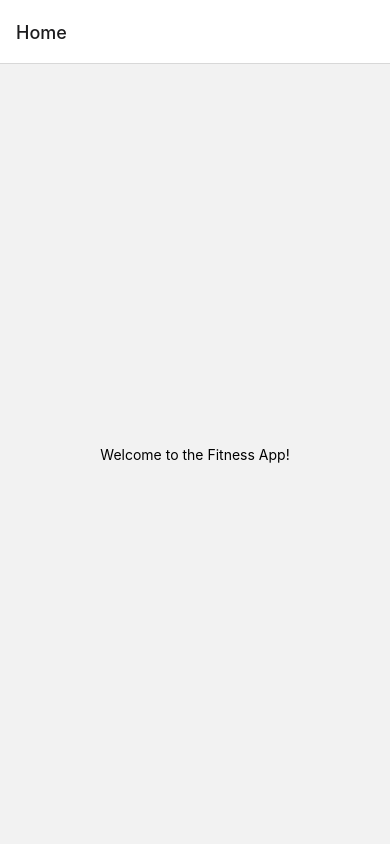
Repository: Pablolararoloff/TheFitnessApp
Screen: /
These files come from the project's save history. The screen is drawn as it stood at one moment and after a run of saves; the edit follows.
The app was drawn by React Native's web renderer in a window 390 px wide. The project was rebuilt for these pictures with package versions that can differ from the ones it lists, and the page was loaded fresh each time. Also part of the build but not shown: src/screens/LoginScreen.tsx. Imported but missing from the stored project, and not drawn on this page: src/assets/images/w.

Above is the screen before, as saved 2024-07-01 11:20:42.

### App.tsx
import React, { useEffect, useState } from 'react';
import { NavigationContainer } from '@react-navigation/native';
import { createStackNavigator } from '@react-navigation/stack';
import HomeScreen from './src/screens/HomeScreen';
import LoginScreen from './src/screens/LoginScreen';
import SplashScreen from './src/screens/SplashScreen';

const Stack = createStackNavigator();

const App = () => {
  const [isLoading, setIsLoading] = useState(true);

  useEffect(() => {
    const timer = setTimeout(() => {
      setIsLoading(false);
    }, 5000); // Display splash screen for 3 seconds

    return () => clearTimeout(timer);
  }, []);

  if (isLoading) {
    return <SplashScreen />;
  }

  return (
    <NavigationContainer>
      <Stack.Navigator initialRouteName="Home">
        <Stack.Screen name="Home" component={HomeScreen} />
        <Stack.Screen name="Login" component={LoginScreen} />
      </Stack.Navigator>
    </NavigationContainer>
  );
};

export default App;

### src/screens/HomeScreen.tsx
import React from 'react';
import { View, Text, StyleSheet } from 'react-native';

const HomeScreen = () => {
  return (
    <View style={styles.container}>
      <Text>Welcome to the Fitness App!</Text>
    </View>
  );
};

const styles = StyleSheet.create({
  container: {
    flex: 1,
    justifyContent: 'center',
    alignItems: 'center',
  },
});

export default HomeScreen;

### src/screens/SplashScreen.tsx
import React, { useEffect, useRef } from 'react';
import { View, Text, ImageBackground, StyleSheet, Animated, Easing } from 'react-native';

const SplashScreen = () => {
  const animations = useRef(
    Array.from({ length: 17 }).map(() => new Animated.Value(0))
  ).current;

  useEffect(() => {
    const createWaveAnimation = (animation, index) => {
      return Animated.loop(
        Animated.sequence([
          Animated.timing(animation, {
            toValue: 1,
            duration: 1300,
            delay: index * 100,
            easing: Easing.inOut(Easing.ease),
            useNativeDriver: true,
          }),
          Animated.timing(animation, {
            toValue: 0,
            duration: 1300,
            easing: Easing.inOut(Easing.ease),
            useNativeDriver: true,
          }),
        ])
      );
    };

    const waves = animations.map((animation, index) =>
      createWaveAnimation(animation, index)
    );

    waves.forEach(wave => wave.start());

    return () => waves.forEach(wave => wave.stop());
  }, [animations]);

  const text = "App is loading...";

  return (
    <View style={styles.container}>
      <ImageBackground source={require('../assets/images/logo.png')} style={styles.background} imageStyle={styles.backgroundImage}>
        <View style={styles.overlay}>
          <View style={styles.textContainer}>
            {text.split('').map((char, index) => (
              <Animated.Text
                key={index}
                style={[
                  styles.loadingText,
                  {
                    transform: [
                      {
                        scale: animations[index].interpolate({
                          inputRange: [0, 1],
                          outputRange: [1, 1.2], // Scale effect range
                        }),
                      },
                    ],
                  },
                ]}
              >
                {char}
              </Animated.Text>
            ))}
          </View>
        </View>
      </ImageBackground>
    </View>
  );
};

const styles = StyleSheet.create({
  container: {
    flex: 1,
    backgroundColor: 'rgba(0, 0, 0, 0.8)', // Add opacity effect here for the background
  },
  background: {
    flex: 1,
    justifyContent: 'center',
    alignItems: 'center',
    width: '100%',
    height: '100%',
  },
  backgroundImage: {
    opacity: 0.33, // Set opacity for the image
  },
  overlay: {
    flex: 1,
    justifyContent: 'center',
    alignItems: 'center',
  },
  textContainer: {
    flexDirection: 'row',
    padding: 10,
    borderRadius: 10,
  },
  loadingText: {
    fontSize: 24,
    color: '#fff',
  },
});

export default SplashScreen;

After the next 2 saves:
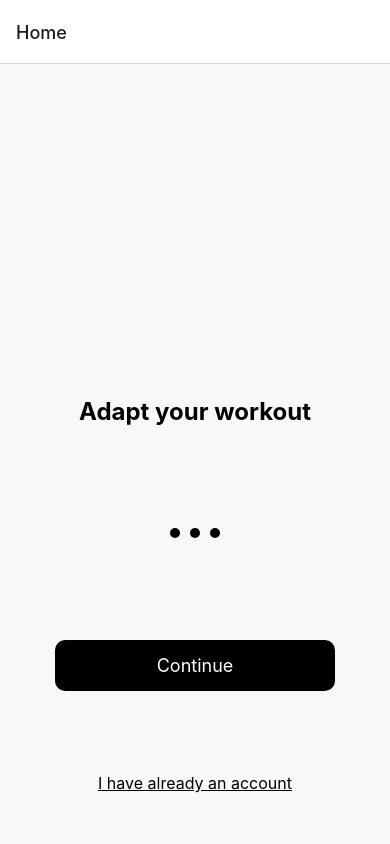
The 2 saves are shown as one change because 1 did not build or start.
The last was saved 5 min 25 s later.
--- a/src/screens/HomeScreen.tsx
+++ b/src/screens/HomeScreen.tsx
@@ -1,10 +1,22 @@
 import React from 'react';
-import { View, Text, StyleSheet } from 'react-native';
+import { View, Text, StyleSheet, Image, TouchableOpacity } from 'react-native';
 
 const HomeScreen = () => {
   return (
     <View style={styles.container}>
-      <Text>Welcome to the Fitness App!</Text>
+      <Image source={require('../assets/images/w')} style={styles.image} />
+      <Text style={styles.title}>Adapt your workout</Text>
+      <View style={styles.dotsContainer}>
+        <View style={styles.dot} />
+        <View style={styles.dot} />
+        <View style={styles.dot} />
+      </View>
+      <TouchableOpacity style={styles.button}>
+        <Text style={styles.buttonText}>Continue</Text>
+      </TouchableOpacity>
+      <TouchableOpacity>
+        <Text style={styles.accountText}>I have already an account</Text>
+      </TouchableOpacity>
     </View>
   );
 };
@@ -12,8 +24,52 @@
 const styles = StyleSheet.create({
   container: {
     flex: 1,
+    justifyContent: 'space-around',
+    alignItems: 'center',
+    padding: 20,
+    backgroundColor: '#f8f8f8',
+  },
+  image: {
+    width: '100%',
+    height: 200,
+    resizeMode: 'contain',
+  },
+  title: {
+    fontSize: 24,
+    fontWeight: 'bold',
+    textAlign: 'center',
+    marginVertical: 20,
+  },
+  dotsContainer: {
+    flexDirection: 'row',
     justifyContent: 'center',
     alignItems: 'center',
+    marginVertical: 20,
+  },
+  dot: {
+    width: 10,
+    height: 10,
+    borderRadius: 5,
+    backgroundColor: '#000',
+    marginHorizontal: 5,
+  },
+  button: {
+    width: '80%',
+    padding: 15,
+    backgroundColor: '#000',
+    borderRadius: 10,
+    alignItems: 'center',
+    justifyContent: 'center',
+    marginVertical: 20,
+  },
+  buttonText: {
+    color: '#fff',
+    fontSize: 18,
+  },
+  accountText: {
+    color: '#000',
+    fontSize: 16,
+    textDecorationLine: 'underline',
   },
 });
 
